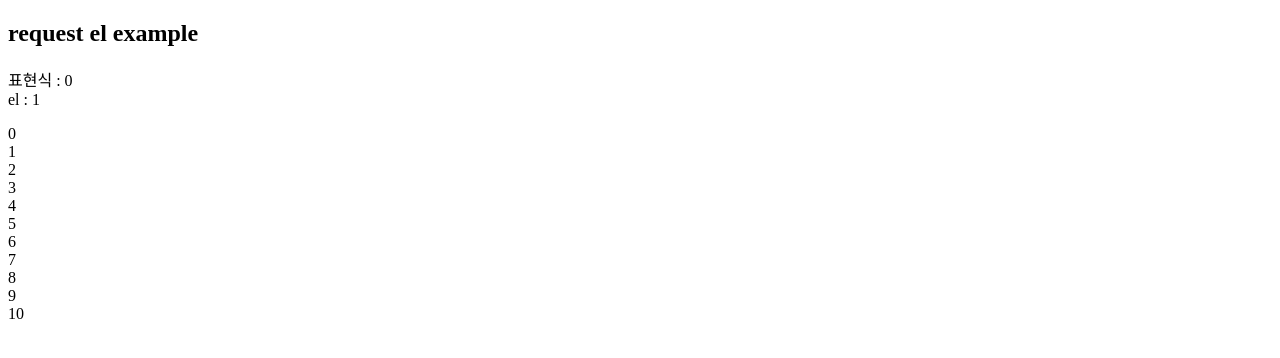
Repository: pq01pq/Education-IT_BANK
Page: http://localhost/0127/requestEx.jsp
An editor plug-in stored every save of this project. The page is shown before and after the next save, followed by the edit.
The browser window is 1280 px wide. The pictures show the whole page.
The page is served by Tomcat 9.

Above is the page before, as saved 2021-02-02 01:35:00.

### JSP/ProjectServlet/0127/WebContent/requestEx.jsp
<%@page import="java.util.ArrayList"%>
<%@ page language="java" contentType="text/html; charset=UTF-8"
    pageEncoding="UTF-8"%>
<%
	ArrayList<Integer> list = new ArrayList<Integer>();
	for(int i=0; i<=10; i++){
		list.add(i);
	}
	request.setAttribute("list", list);
%>
<!DOCTYPE html>
<html>
<head>
<meta charset="UTF-8">
<title>Insert title here</title>
</head>
<body>
	<h2>request el example</h2>
	<p>
		표현식 : <%= ((ArrayList) request.getAttribute("list")).get(0) %><br>
		el : ${ list[1] }
	</p>
	<p>
	<%	for(int i=0; i<list.size(); i++){
			pageContext.setAttribute("num", i); %>
			${ list[num] }<br>
	<%	} %>
	</p>
</body>
</html>

After the next save:
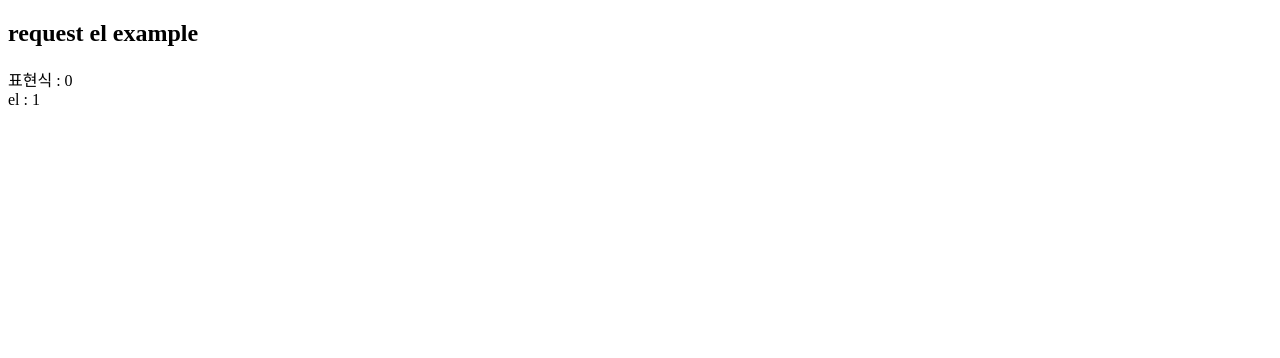
Saved 115 s later.
--- a/JSP/ProjectServlet/0127/WebContent/requestEx.jsp
+++ b/JSP/ProjectServlet/0127/WebContent/requestEx.jsp
@@ -22,7 +22,7 @@
 	</p>
 	<p>
 	<%	for(int i=0; i<list.size(); i++){
-			pageContext.setAttribute("num", i); %>
+			/* pageContext.setAttribute("num", i); */ %>
 			${ list[num] }<br>
 	<%	} %>
 	</p>

After the 3 saves that followed:
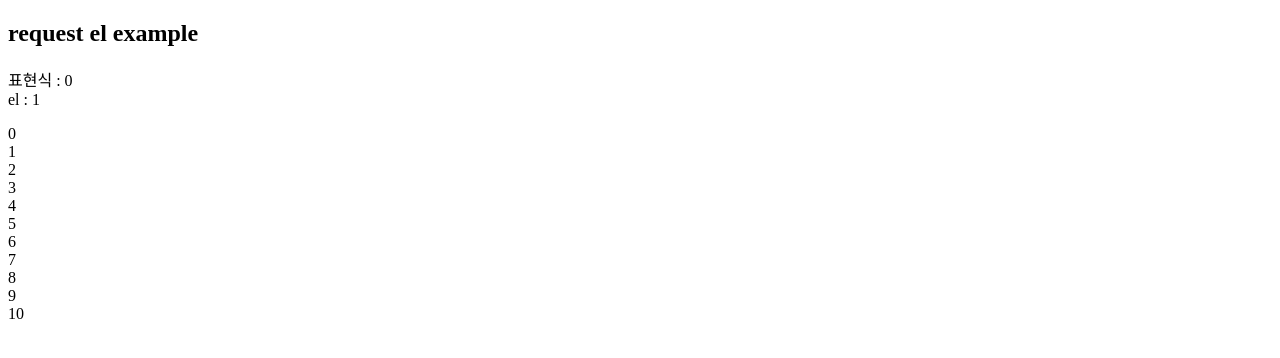
The 3 saves are shown as one change because 2 left the picture as it was.
The last was saved 79 s later.
--- a/JSP/ProjectServlet/0127/WebContent/requestEx.jsp
+++ b/JSP/ProjectServlet/0127/WebContent/requestEx.jsp
@@ -22,7 +22,7 @@
 	</p>
 	<p>
 	<%	for(int i=0; i<list.size(); i++){
-			/* pageContext.setAttribute("num", i); */ %>
+			pageContext.setAttribute("num", i); %>
 			${ list[num] }<br>
 	<%	} %>
 	</p>
